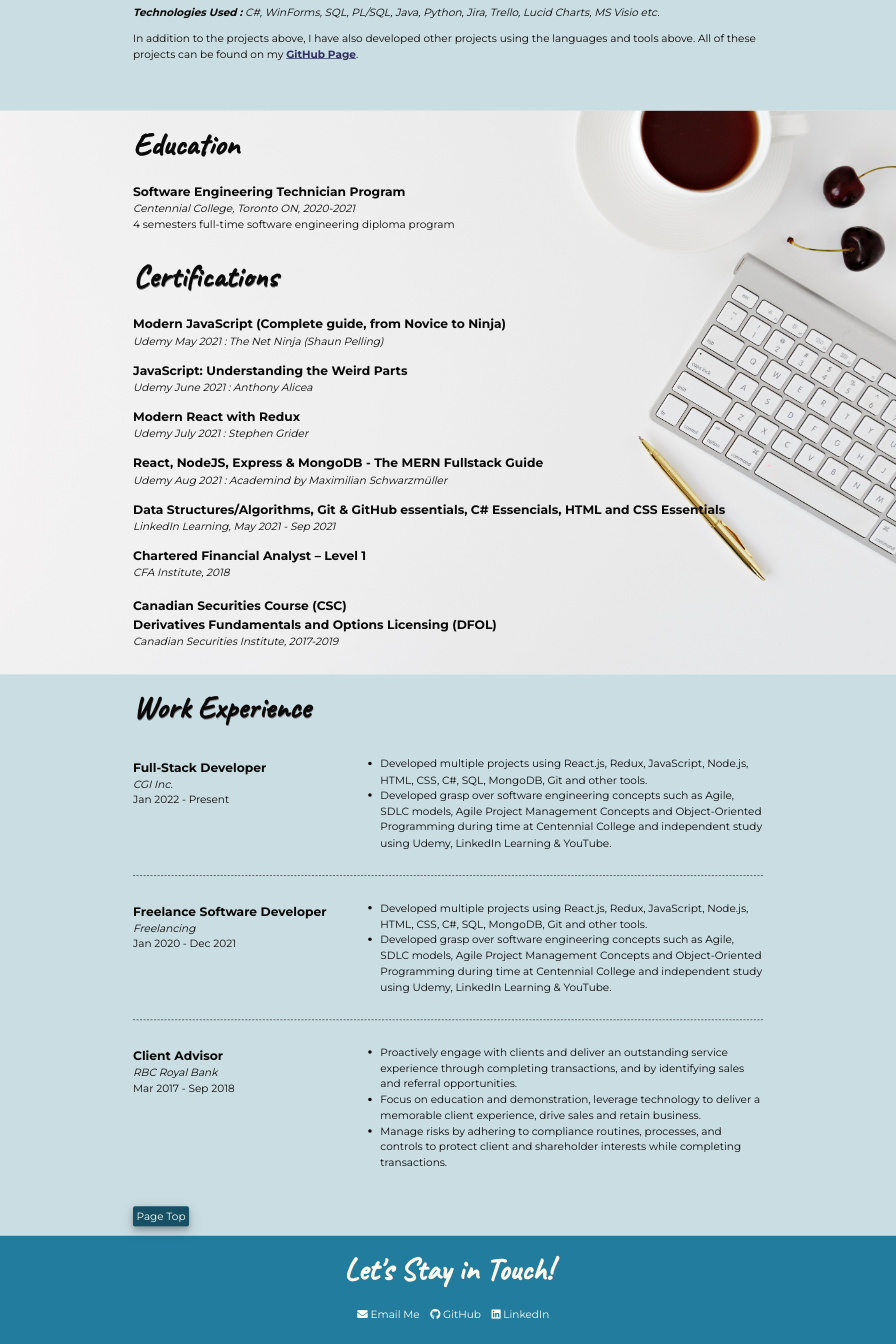
Repository: My-Web-Page/MyWebPage
Page: index.html
An editor plug-in stored every save of this project. The page is shown before and after the next save, followed by the edit.
The browser window is 1280 px wide. The pictures show the part of the page from y = 3316 to 5236 px (the page is 5236 px tall before and 5191 px after), at 70% of full size.
Some web libraries are served in a nearby version.

Above is the page before, as saved 2022-04-13 15:09:30.

### index.html
<!DOCTYPE html>
<html lang="en">

<head>
    <meta charset="UTF-8">
    <meta name="viewport" content="width=device-width, initial-scale=1.0">
    <link href="./assets/images/favicon.ico" rel="icon" type="image/x-icon" />

    <title> Devesh Kumar : Full-Stack Developer</title>
    <link rel="preconnect" href="https://fonts.gstatic.com">
    <link href="https://fonts.googleapis.com/css2?family=Caveat&family=Montserrat:wght@400;700&display=swap" rel="stylesheet">
    <link rel="stylesheet" href="https://pro.fontawesome.com/releases/v5.10.0/css/all.css" integrity="sha384-AYmEC3Yw5cVb3ZcuHtOA93w35dYTsvhLPVnYs9eStHfGJvOvKxVfELGroGkvsg+p" crossorigin="anonymous" />

    <link rel="stylesheet" href="style.css">
</head>

<body>
    <main>
        <!-- ***********************  ABOUT / PROFILE  *********************** -->
        <header>
            <div class="container">
                <h1>Devesh Kumar</h1>
                <h2>Software Developer</h2>
            </div>
        </header>

        <nav id="navbar">
            <ul class="nav-ul">
                <li>
                    <a href="#about-me"><i class="fas fa-info-circle"></i> About Me</a>
                </li>
                <li>
                    <a href="#projects"><i class="fab fa-elementor"></i> Projects</a>
                </li>
                <li>
                    <a href="#education"><i class="fas fa-graduation-cap"></i> Education</a>
                </li>
                <li>
                    <a href="#work-experience"><i class="fas fa-briefcase"></i> Work Experience</a>
                </li>
                <li>
                    <a href="#contact"><i class="fas fa-mobile-alt"></i> Contact Me</a>
                </li>
            </ul>
        </nav>

        <!-- *********************About Me***********************  -->
        <section id="about-me">
            <div class="container">
                <h2>About Me</h2>
                <p>Hello & welcome to my website!
                </p>
                <p>
                    My name is Devesh Kumar. I have recently completed Software Engineering Technician program at Centennial College. I have also completed several Udemy certifications which have allowed me to learn and work with latest technologies and develop multiple
                    projects. Given below are the details:
                </p>
                <br>
                <div class="grid-container">
                    <div class="grid-item">
                        <h3>Languages, Tools & Technologies I primarily work with:</h3>
                        <h4> HTML, CSS (Flexbox, Grid), Java, Spring Boot, JavaScript, React.js, Redux, Node.js, MongoDB, Oracle SQL, Git, MVC Architecture, REST API, JSON, NPM, Postman, IntelliJ, VS Code
                            </p>
                    </div>

                    <div class="grid-item">
                        <h3>Languages, Tools & Technologies I am familiar with:</h3>
                        <h4>C#, AngularJS, TypeScript, Python, Microservices, Linux, Selenium, MS Azure, Jira, Trello, UML, Data Structures, SDLC, Object-Oriented Programming, Responsive SinglePage Web Applications (SPAs) Development, Agile, Heroku, Netlify
                            </p>
                    </div>
                </div>
                <br>
                <p>I have developed grasp over software engineering concepts such as <strong> Agile, SDLC models,
                        Agile Project Management Concepts and Object-Oriented Programming.</strong> I have also developed multiple projects using <strong> React.js, Redux, JavaScript, Node.js, HTML, CSS, C#, SQL,
                        MongoDB, Git and several other tools.</strong> In the past, I have worked with RBC Royal Bank as part of team at multiple RBC locations. I have also completed some Finance/Investment certifications in the past.
                </p>


            </div>
        </section>

        <!-- *********************Pop-Ups***********************  -->
        <section class="popup-wrapper" id="popup">
            <div class="container">
                <img id="popup-img" alt="finalproject popup">
            </div>
        </section>
        <!-- ********************  PROJECTS / PORTFOLIO  ********************* -->
        <section id="projects" class="projects">
            <div class="container divider">
                <h2>My Projects</h2>


                <!-- Project 1 -->
                <section class="project-item clearfix">
                    <img class="project-image" src="./assets/images/Places.png" alt="Full-Stack Places App">
                    <h3>Full-Stack Places App</h3>
                    <p> <strong>Technologies Used :</strong> MERN Stack (React, Node, Express & MongoDB)
                    </p>
                    <p>Used MERN Stack to develop this webapp. React.js for frontend, Express.Js for backend & MongoDB as Database & JWT tokens for authentication.
                    </p>
                    <a class="btn" href="https://devesh-mern-app.herokuapp.com/" target="_blank">Website Link</a>
                    <a class="btn" href="https://github.com/portretrieve/Full-stack-mern-forntend-backend-combined" target="_blank">GitHub Link</a>
                </section>

                <!-- Project 2 -->
                <section class="project-item clearfix">
                    <img class="project-image" src="./assets/images/deveshtube.png" alt="DeveshTube App">
                    <h3>DeveshTube App</h3>
                    <p> <strong>Technologies Used :</strong> React.js (Using Hooks)</p>
                    <p>Developed this webapp using React.js (Hooks).</p>
                    <a class="btn" href="https://blissful-pasteur-e62546.netlify.app/" target="_blank">Website Link</a>
                    <a class="btn" href="https://github.com/portretrieve/reactApp-DeveshTube-using-hooks" target="_blank">GitHub Link</a>
                </section>

                <!-- Project 3 -->
                <section class="project-item clearfix">
                    <img class="project-image" src="./assets/images/pics.png" alt="Pics Search App">
                    <h3>Pics Search App</h3>
                    <p> <strong>Technologies Used :</strong>React.js.</p>
                    <p>Developed this webapp using React.js
                    </p>
                    <a class="btn" href="https://eager-bassi-827826.netlify.app/" target="_blank">Website Link</a>
                    <a class="btn" href="https://github.com/portretrieve/reactApp-pics" target="_blank">GitHub Link</a>
                </section>

                <!-- Project 4 -->
                <section class="project-item clearfix">
                    <img class="project-image" src="./assets/images/assignment_2.png" alt="Portfolio Assignment Using Node.js, Bootstrap, EJS and MongoDB">
                    <h3>Personal Portfolio Website</h3>
                    <p> <strong>Technologies Used :</strong> EJS, CSS, Node.js and MongoDB.</p>
                    <p>Developed this website using above mentioned technologies. I used ExpressJs middleware, and passport.js for authentication.</p>
                    <a class="btn" href="https://comp229-asnmt2.herokuapp.com/home" target="_blank">Website Link</a>
                    <a class="btn" href="https://github.com/portretrieve/Assignment_2" target="_blank">GitHub Link</a>
                </section>

                <!-- Project 5 -->
                <section class="project-item clearfix">
                    <img class="project-image" src="./assets/images/final_project.png" alt="Final Project Using Node.js, Bootstrap, EJS and MongoDB">
                    <h3>Angel's Investment Website</h3>
                    <p> <strong>Technologies Used :</strong> EJS, CSS, Node.js and MongoDB.</p>
                    <p>Created this website as a group project using Node.js(Express.js), and Passport.js to authenticate.
                    </p>
                    <a class="btn" href="https://angelinvestfinal.herokuapp.com/" target="_blank">Website Link</a>
                    <a class="btn" href="https://github.com/Angel-Investor/AngelInvestor-Web-App" target="_blank">GitHub
                        Link</a>
                </section>

                <!-- Project 6 -->
                <section class="project-item clearfix">
                    <img class="project-image" src="./assets/images/slot-machine.png" alt="Casino slot machine game using HTML, CSS, JavaScript, TypeScript and EaselJS">
                    <h3>Slot Machine Game</h3>
                    <p> <strong>Technologies Used :</strong> HTML, CSS, JavaScript, TypeScript and EaselJS.</p>
                    <a class="btn" href="https://portretrieve.github.io/COMP125-Assignment-4-CreateJS-Slot-Machine/" target="_blank">Website Link</a>
                    <a class="btn" href="https://github.com/portretrieve/COMP125-Assignment-4-CreateJS-Slot-Machine" target="_blank">GitHub Link</a>
                </section>

                <!-- Project 7 -->
                <section class="project-item clearfix">
                    <img class="project-image" src="./assets/images/realEstate.png" alt="Real Estate Website">
                    <h3>Real Estate Website</h3>
                    <p> <strong>Technologies Used :</strong> HTML, CSS</p>
                    <p>Developed this website using only HTML, CSS as one of my school assignments.</p>
                    <a class="btn" href="http://studentweb.cencol.ca/dkumar63/project/home.html" target="_blank">Website
                        Link</a>
                    <a class="btn" href="https://github.com/portretrieve/Real-Estate-App" target="_blank">GitHub
                        Link</a>
                </section>

                <!-- Project 8 -->
                <section class="project-item clearfix">
                    <img class="project-image" src="./assets/images/restaurant_app.png" alt="Restaurant app using C# WPF MVVM">
                    <h3>Restaurant POS system app</h3>
                    <p> <strong>Technologies Used :</strong> C#, WPF and XAML.</p>
                    <p>Created the restaurant P.O.S app using C# and WPF.</p>
                    <a class="btn" href="https://github.com/portretrieve/Restaurant_app" target="_blank">GitHub Link</a>
                </section>
                <section>
                    <h3>Other Projects: </h3>
                    <p> <strong>Technologies Used :</strong> C#, WinForms, SQL, PL/SQL, Java, Python, Jira, Trello, Lucid Charts, MS Visio etc. </p>
                    <p>In addition to the projects above, I have also developed other projects using the languages and tools above. All of these projects can be found on my <span><a
                                href="https://github.com/portretrieve" target="_blank">GitHub Page</a>.</span></p>
                </section>
            </div>
        </section>

        <!-- ******************  EDUCATION & CERTIFICATIONS ****************** -->
        <section id="education" class="education">
            <div class="container item-details">

                <h2>Education</h2>

                <section>
                    <h3>Software Engineering Technician Program</h3>
                    <p>Centennial College, Toronto ON, 2020-2021</p>
                    <p>4 semesters full-time software engineering diploma program </p>
                </section>
            </div>
            <div class="container item-details">

                <h2>Certifications</h2>

                <section>
                    <h3>Modern JavaScript (Complete guide, from Novice to Ninja)</h3>
                    <p>Udemy May 2021 : The Net Ninja (Shaun Pelling)</p>
                </section>
                <section>
                    <h3>JavaScript: Understanding the Weird Parts</h3>
                    <p>Udemy June 2021 : Anthony Alicea</p>
                </section>
                <section>
                    <h3>Modern React with Redux</h3>
                    <p>Udemy July 2021 : Stephen Grider</p>
                </section>
                <section>
                    <h3>React, NodeJS, Express & MongoDB - The MERN Fullstack Guide</h3>
                    <p>Udemy Aug 2021 : Academind by Maximilian Schwarzmüller</p>
                </section>
                <section>
                    <h3>Data Structures/Algorithms, Git & GitHub essentials, C# Essencials, HTML and CSS Essentials</h3>
                    <p>LinkedIn Learning, May 2021 - Sep 2021 </p>
                </section>
                <section>
                    <h3>Chartered Financial Analyst – Level 1</h3>
                    <p>CFA Institute, 2018</p>
                </section>
                <br>
                <section class="csc">
                    <h3>Canadian Securities Course (CSC)</h3>
                    <h3>Derivatives Fundamentals and Options Licensing (DFOL)</h3>
                    <p>Canadian Securities Institute, 2017-2019 </p>
                </section>

            </div>
        </section>

        <!-- ***********************  WORK EXPERIENCE  *********************** -->
        <section id="work-experience" class="work-experience">
            <div class="container item-details divider">
                <h2>Work Experience</h2>


                <!-- Job 1 -->
                <section class="job-item">
                    <div class="job-details">
                        <h3>Full-Stack Developer</h3>
                        <p>CGI Inc.</p>
                        <p>Jan 2022 - Present</p>
                    </div>
                    <div class="job-summary">
                        <ul>
                            <li>Developed multiple projects using React.js, Redux, JavaScript, Node.js, HTML, CSS, C#, SQL, MongoDB, Git and other tools.
                            </li>
                            <li>Developed grasp over software engineering concepts such as Agile, SDLC models, Agile Project Management Concepts and Object-Oriented Programming during time at Centennial College and independent study using Udemy, LinkedIn
                                Learning & YouTube.</li>
                        </ul>

                    </div>
                </section>

                <!-- Job 1 -->
                <section class="job-item">
                    <div class="job-details">
                        <h3>Freelance Software Developer</h3>
                        <p>Freelancing</p>
                        <p>Jan 2020 - Dec 2021</p>
                    </div>
                    <div class="job-summary">
                        <ul>
                            <li>Developed multiple projects using React.js, Redux, JavaScript, Node.js, HTML, CSS, C#, SQL, MongoDB, Git and other tools.
                            </li>
                            <li>Developed grasp over software engineering concepts such as Agile, SDLC models, Agile Project Management Concepts and Object-Oriented Programming during time at Centennial College and independent study using Udemy, LinkedIn
                                Learning & YouTube.</li>
                        </ul>

                    </div>
                </section>

                <!-- Job 2 -->
                <section class="job-item">
                    <div class="job-details">
                        <h3>Client Advisor</h3>
                        <p>RBC Royal Bank</p>
                        <p>Mar 2017 - Sep 2018</p>
                    </div>
                    <div class="job-summary">
                        <ul>
                            <li>Proactively engage with clients and deliver an outstanding service experience through completing transactions, and by identifying sales and referral opportunities.</li>
                            <li>Focus on education and demonstration, leverage technology to deliver a memorable client experience, drive sales and retain business.</li>
                            <li>Manage risks by adhering to compliance routines, processes, and controls to protect client and shareholder interests while completing transactions.</li>
                        </ul>

                    </div>
                </section>

                <a class="top-btn" href="#top">Page Top</a>

            </div>
        </section>


        <!-- *****************  CONTACT INFO / SOCIAL MEDIA  ***************** -->
        <footer>
            <div id="contact" class="container">
                <h2>Let's Stay in Touch!</h2>
                <!-- Social media and contact links. Add or remove any networks. -->
                <ul class="contact-list">
                    <li><a href="mailto:deveshkumar2107@hotmail.com"><i class="fas fa-envelope"></i>&nbsp;Email Me</a>
                    </li>
                    <li><a href="https://github.com/portretrieve" target="_blank"><i
                                class="fab fa-github"></i>&nbsp;GitHub</a></li>
                    <li><a href="https://www.linkedin.com/in/devesh-kumar-2aa03b64/" target="_blank"><i
                                class="fab fa-linkedin"></i>&nbsp;LinkedIn</a></li>
                </ul>
            </div>
        </footer>
    </main>
    <script src="./script.js"></script>
</body>

</html>

Loaded but not shown: script.js (18 lines, source omitted); style.css (431 lines, source omitted)

After the next save:
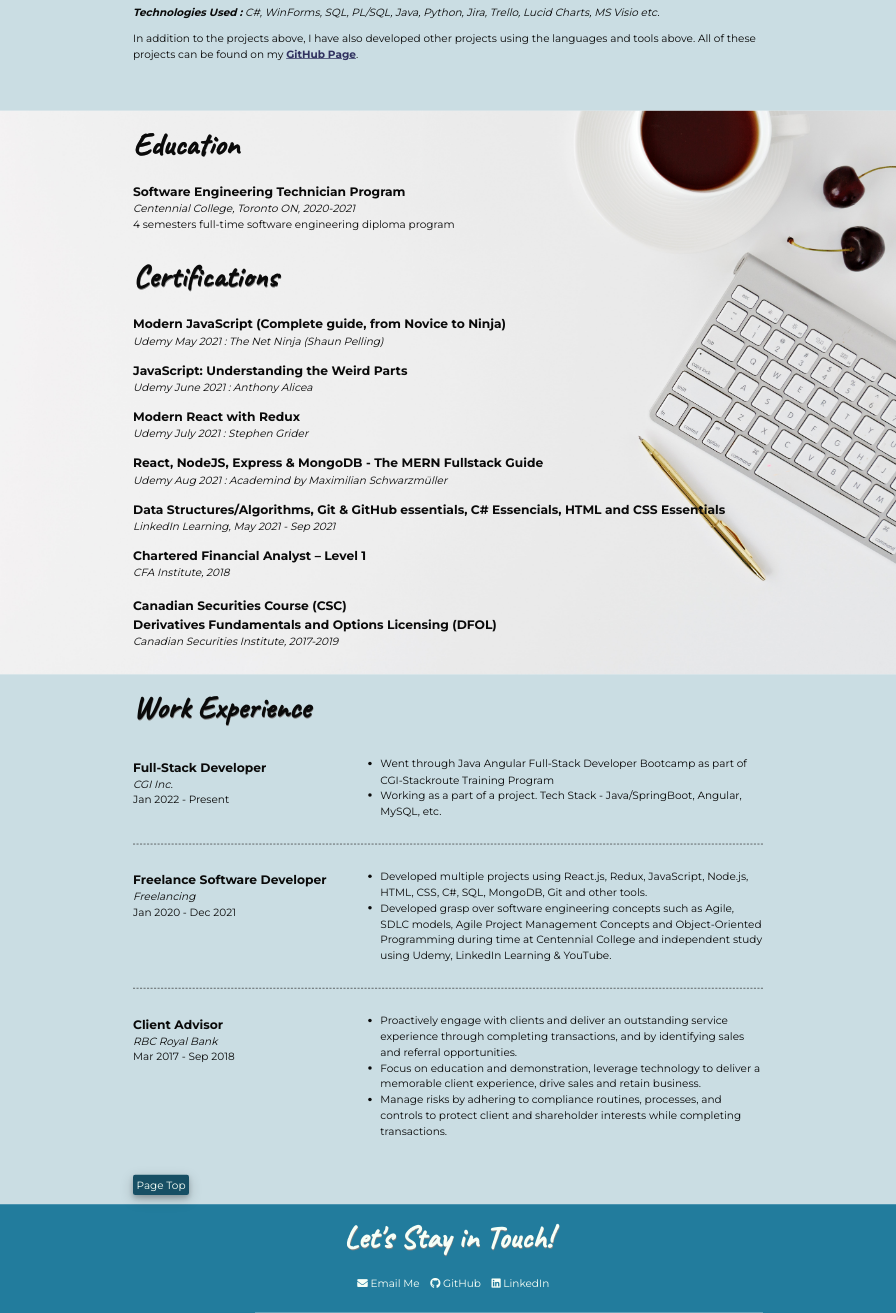
Saved 2 min 51 s later.
--- a/index.html
+++ b/index.html
@@ -248,10 +248,8 @@
                     </div>
                     <div class="job-summary">
                         <ul>
-                            <li>Developed multiple projects using React.js, Redux, JavaScript, Node.js, HTML, CSS, C#, SQL, MongoDB, Git and other tools.
-                            </li>
-                            <li>Developed grasp over software engineering concepts such as Agile, SDLC models, Agile Project Management Concepts and Object-Oriented Programming during time at Centennial College and independent study using Udemy, LinkedIn
-                                Learning & YouTube.</li>
+                            <li>Went through Java Angular Full-Stack Developer Bootcamp as part of CGI-Stackroute Training Program</li>
+                            <li>Working as a part of a project. Tech Stack - Java/SpringBoot, Angular, MySQL, etc.</li>
                         </ul>
 
                     </div>
